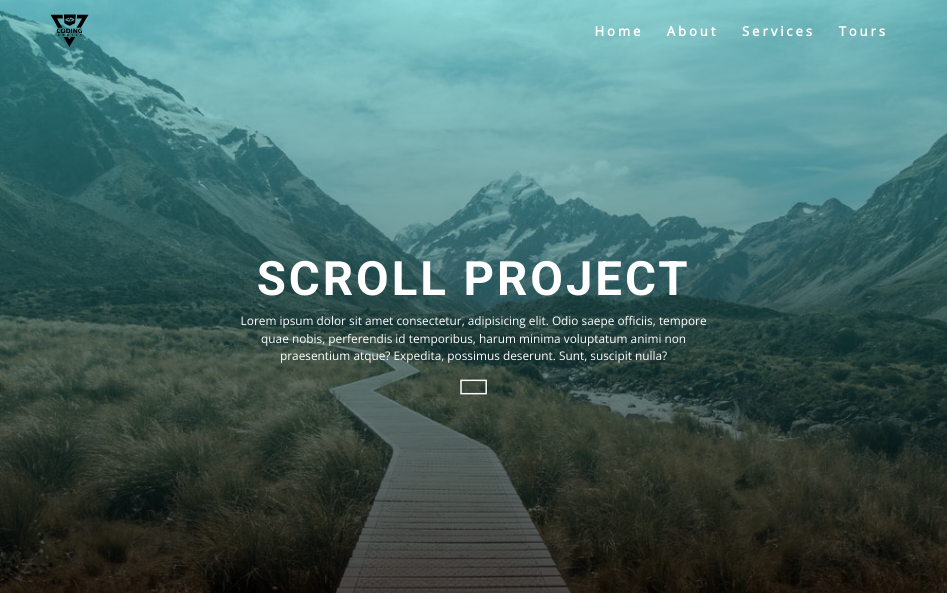
Repository: spidero7/Scroll
Page: index.html
These files come from the project's save history. The page is drawn as it stood at one moment and after a run of saves; the edit follows.
The browser window is 1280 px wide. The pictures show the whole page, at 74% of full size.
Some web libraries are served in a nearby version.

Above is the page before, as saved 2021-10-07 06:55:50.

After the next 5 saves:
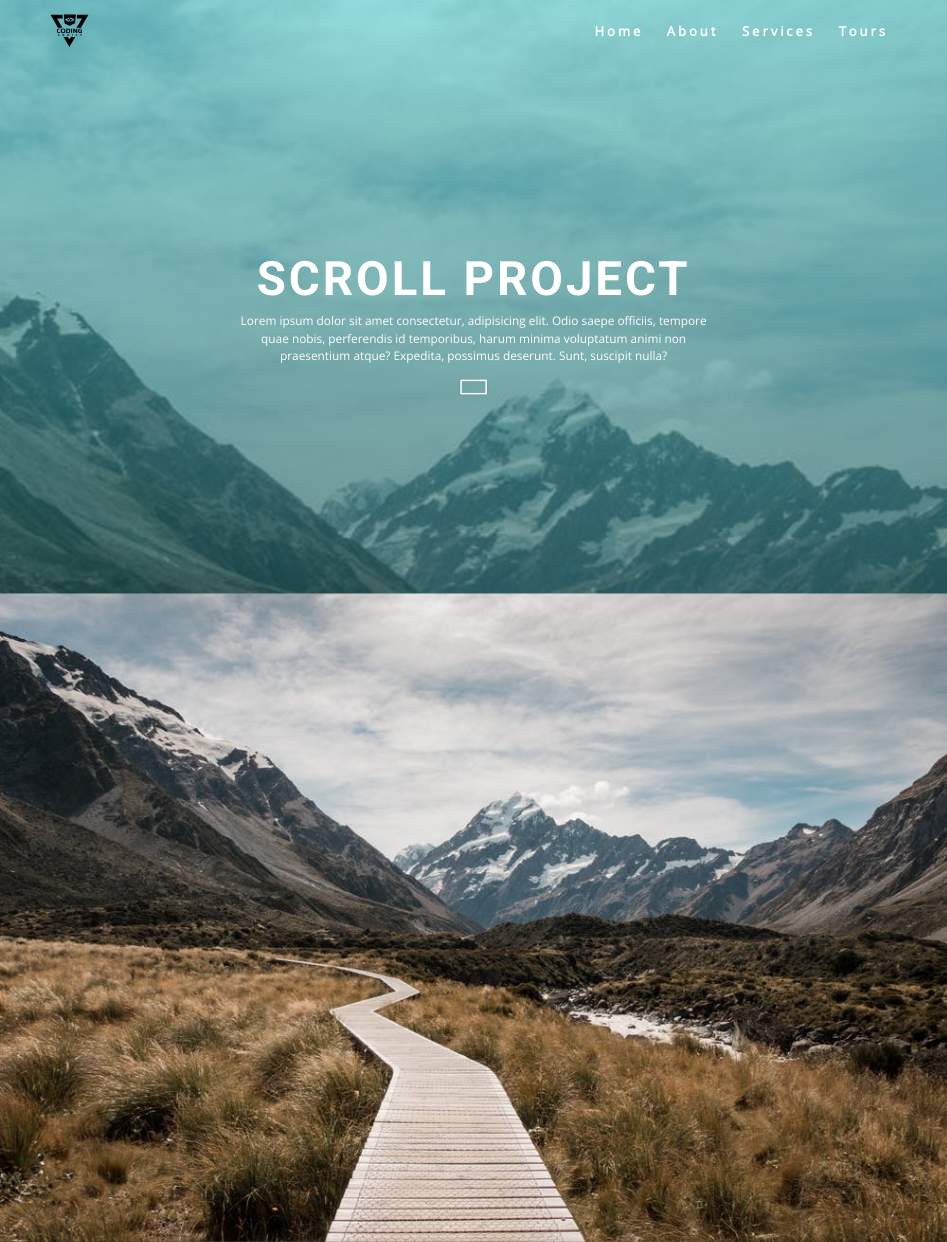
The 5 saves are shown as one change because they came seconds apart.
The last was saved 14 s later.
--- a/index.html
+++ b/index.html
@@ -54,7 +54,7 @@
                 </a>
             </div>
         </div>
-        <img h
+        <img src="./imgs/hero-bcg.jpeg">
     </header>
     <script src="app.js"></script>
 </body>

After the save that followed:
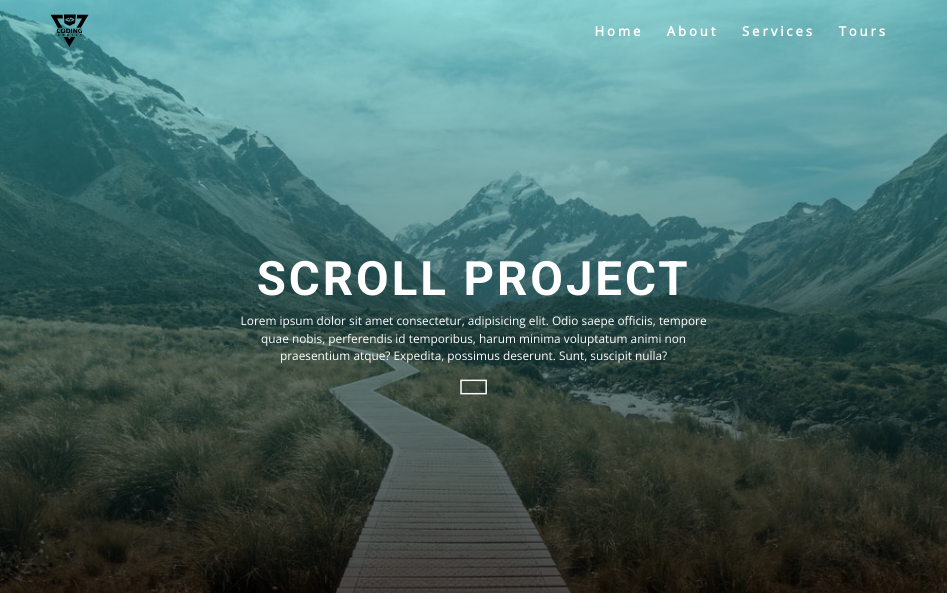
Saved 19 s later.
--- a/index.html
+++ b/index.html
@@ -54,7 +54,6 @@
                 </a>
             </div>
         </div>
-        <img src="./imgs/hero-bcg.jpeg">
     </header>
     <script src="app.js"></script>
 </body>
